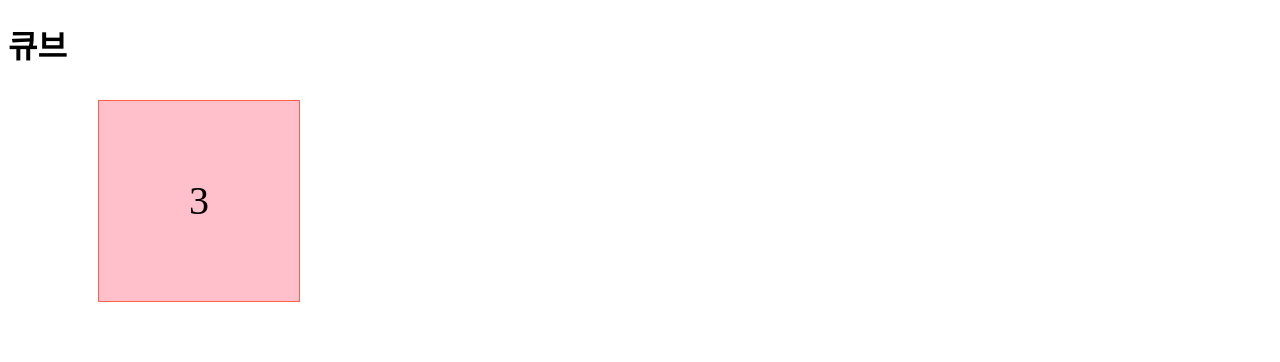
Repository: hojohe/bit-java
Page: 07_css/WebContent/14_transform/cube.html
These files come from the project's save history. The page is drawn as it stood at one moment and after a run of saves; the edit follows.
The browser window is 1280 px wide. The pictures show the whole page.

Above is the page before, as saved 2017-01-25 02:51:39.

After the next 2 saves:
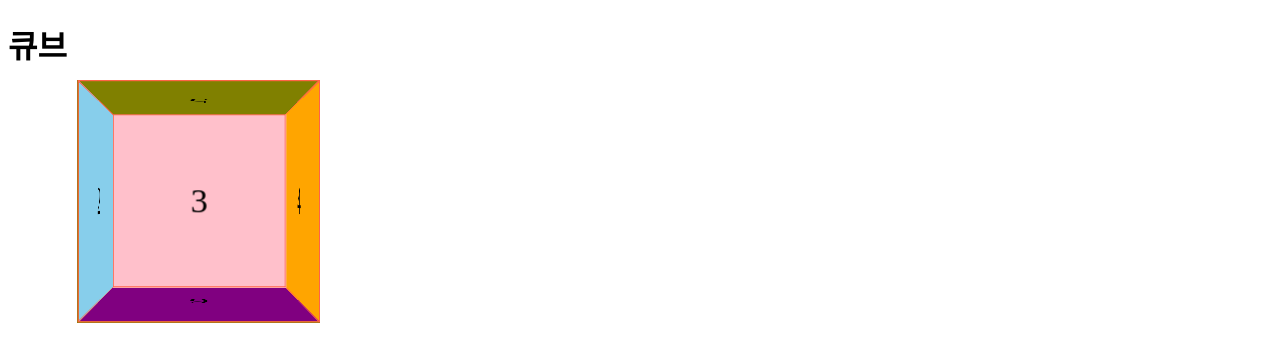
The 2 saves are shown as one change because they came seconds apart.
The last was saved 36 s later.
--- a/07_css/WebContent/14_transform/cube.html
+++ b/07_css/WebContent/14_transform/cube.html
@@ -12,6 +12,8 @@
 		left: 100px; top: 100px;
 
 		animation: cube 10s linear 0s infinite;
+		perspective: 600px;
+		transform-style: preserve-3d;
 	}
 
 	.item {
